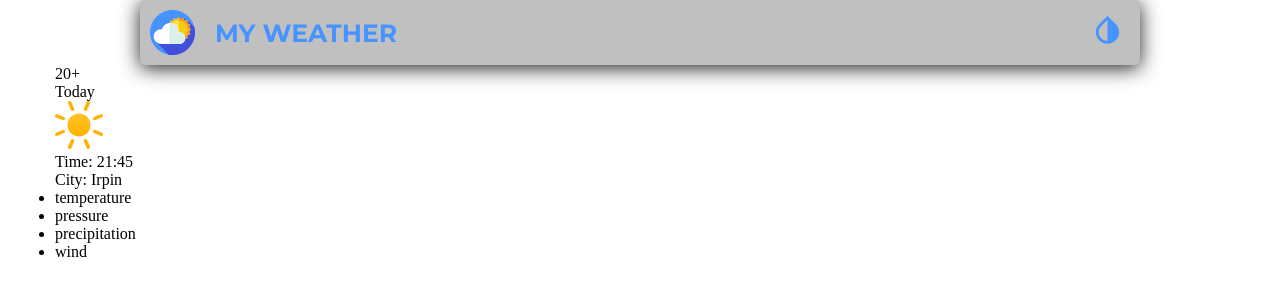
Repository: YuraKrvz/my_weather2
Page: /
The author's editor kept a copy of each file at every save. The page is drawn from the files as they stood at one save, then again after the next save.
The browser window is 1280 px wide. The pictures show the whole page.
The project was rebuilt for these pictures with package versions that can differ from the ones it lists, and the page was loaded fresh each time. Also part of the build but not shown: src/components/MyWeather/MyWeather.module.css.

Above is the page before, as saved 2022-01-25 17:34:31.

### src/index.css
@import url('https://fonts.googleapis.com/css2?family=Montserrat:wght@300;400;500;600;700&display=swap');
*,
*:after,
*:before{
  box-sizing: border-box;
  margin: 0;
  padding: 0;
}
body{
  background-color: var(--body-background);
}
:root{
  --color-default-blue: #4793FF;
}
.container{
  max-width: 1200px;
  margin: 0 auto;
  padding: 0 15px;
}
html[data-theme='true']{
  --body-background: #fff;
  --components-background: silver;
  --card-background: rgba(71, 147, 255, 0.2);
  --card-shadow: 0px 3px 20px rgba(5, 5, 5, 0.9);

  --text-color: #000;
}
html[data-theme='false']{
  --body-background: #0d1117;
  --components-background: #4f4f4f;
  --card-background: #2e3035;
  --card-shadow: 0px 3px 20px rgba(147, 144, 144, 0.9);
  --text-color: #fff;
}

### src/App.js
import Header from './components/Header/Header';
import MyWeather from './components/MyWeather/MyWeather';

export default function App() {

  return (
    <div className='container'>
     <Header />
     <MyWeather />

    </div>
  );
};

### src/components/header/Header.jsx
import React from 'react';
import useTheme from '../../hooks/useTheme';
import s from './Header.module.css';
import {GeneratorSvgIcon} from '../../assets/GeneratorSvgIcon.js';

export default function Header() {
  const {theme, setTheme} = useTheme();

  return (
   <header className={s.wrap__header}>
      <div className={s.inner}>
         <GeneratorSvgIcon className={s.logo__img} id='header-logo' />
         <h1 className={s.header__logo_text}>My weather</h1>
      </div>
      <span onClick={()=> setTheme(!theme)} >
         <GeneratorSvgIcon className={s.logo__img} id='change-theme'/>
      </span>
   </header>
  );
}

### src/components/MyWeather/MyWeather.jsx
import React from 'react';
import { GeneratorSvgIcon } from '../../assets/GeneratorSvgIcon';
import s from './MyWeather.module.css';

export default function MyWeather() {
  return (
   <section className={s.wrapper}>
      <div className={s.main}>
         <span>
            <span>
               <p className={s.temp__main}>20+</p>
               <p className={s.day}>Today</p>
            </span>
            <GeneratorSvgIcon id='sun' />
         </span>
         <p className={s.time}>Time: 21:45</p>
         <p className={s.city}>City: Irpin</p>
      </div>
      <div className={s.description}>
         <ul className={s.list}>
            <li className={s.temp__description}>temperature</li>
            <li className={s.pressure}>pressure</li>
            <li className={s.precipitation}>precipitation</li>
            <li className={s.wind}>wind</li>
         </ul>
      </div>
   </section>
  );
}

### src/hooks/useTheme.js
import {useState, useLayoutEffect} from 'react';

export default function useTheme() {
   const [theme, setTheme] = useState(true);

   useLayoutEffect( ()=>{
      document.documentElement.setAttribute('data-theme', theme);
   }, [theme] )

   return {theme, setTheme};
}

### src/components/header/Header.module.css
.wrap__header{
   display: flex;
   justify-content: space-between;
   align-items: center;
   background-color: var(--components-background);
   box-shadow: var(--card-shadow);
   border-radius: 5px;
   padding: 10px;
   margin: 0 auto;
   width: 1000px;
   height: 65px;
   left: 360px;
   top: 20px;
}
.inner{
   display: flex;
   align-items: center;
}
.logo__img{
   width: 45px;
}
.header__logo_text{
   margin-left: 20px;
   width: 230px;
   height: 30px;
   font-style: normal;
   font-weight: bold;
   font-size: 25px;
   line-height: 30px;
   text-transform: uppercase;
   font-family: Montserrat;
   color: var(--color-default-blue);
}
.button__theme{

}

### src/assets/GeneratorSvgIcon.js

export const GeneratorSvgIcon = ({ id, className }) => {
  switch (id) {
    case 'header-logo':
      return (
        <svg
          className={className}
          width="65"
          height="65"
          viewBox="0 0 65 65"
          fill="none"
          xmlns="http://www.w3.org/2000/svg"
        >
          <path
            d="M32.5 65C50.4493 65 65 50.4493 65 32.5C65 14.5507 50.4493 0 32.5 0C14.5507 0 0 14.5507 0 32.5C0 50.4493 14.5507 65 32.5 65Z"
            fill="#4793FF"
          />
          <path
            d="M65 32.5C65 29.8954 64.6916 27.3631 64.113 24.9358L54.3423 15.1651L53.0241 15.7211L48.3234 11.1622C48.3234 11.1622 46.5495 14.0707 44.5393 12.8754L41.3829 9.79712L41.1963 14.2822L8.78807 46.265L27.0688 64.5458C28.8351 64.843 30.6491 65 32.5 65C50.4493 65 65 50.4493 65 32.5Z"
            fill="#424FDD"
          />
          <path
            d="M58.3388 29.0023L59.7103 28.1252L58.2387 27.1841C56.6467 26.1659 56.217 24.03 57.2915 22.4755L58.2847 21.0387L56.6808 20.7601C54.8077 20.4347 53.5845 18.6126 53.9927 16.7559L54.3422 15.1659L52.6363 15.541C50.7905 15.9467 48.9765 14.7403 48.637 12.8812L48.3233 11.163L46.9922 12.1001C45.4377 13.1946 43.2843 12.7711 42.26 11.1694L41.3829 9.79797L40.4418 11.2695C39.4237 12.8615 37.2878 13.2912 35.7333 12.2167L34.2964 11.2235L34.0179 12.8275C33.6925 14.7005 31.8705 15.9237 30.0136 15.5156L28.4237 15.1661L28.7987 16.8719C29.2044 18.7177 27.998 20.5317 26.1389 20.8712L24.4207 21.1849L25.3579 22.516C26.4523 24.0705 26.0288 26.2239 24.4272 27.2482L23.0557 28.1253L24.5271 29.0664C26.1192 30.0846 26.5488 32.2204 25.4743 33.775L24.4811 35.2118L26.0851 35.4904C27.9581 35.8157 29.1813 37.6379 28.7732 39.4946L28.4237 41.0845L30.1295 40.7095C31.9753 40.3038 33.7893 41.5102 34.1288 43.3693L34.4425 45.0876L35.7736 44.1505C37.3282 43.056 39.4815 43.4795 40.5058 45.0812L41.3829 46.4526L42.324 44.9811C43.3422 43.3891 45.478 42.9594 47.0326 44.0339L48.4694 45.0271L48.748 43.4231C49.0734 41.5501 50.8955 40.3269 52.7522 40.735L54.3422 41.0845L53.9671 39.3787C53.5614 37.5329 54.7678 35.7189 56.6269 35.3794L58.3453 35.0657L57.4081 33.7346C56.3136 32.1801 56.7371 30.0265 58.3388 29.0023V29.0023Z"
            fill="#FDBF2D"
          />
          <path
            d="M57.4082 33.734L58.3451 35.0645L56.6275 35.3781C54.7676 35.7183 53.5615 37.5324 53.9678 39.3783L54.3423 41.0833L52.7529 40.7342C50.8955 40.3254 49.0738 41.5492 48.7475 43.4218L48.4695 45.0265L47.0323 44.0324C45.4784 42.9584 43.3418 43.3875 42.3237 44.9795L41.3829 46.4522V9.797L42.2602 11.1681C43.2847 12.7702 45.4378 13.1943 46.9917 12.0987L48.3235 11.1617L48.637 12.8807C48.976 14.7393 50.7902 15.9453 52.6361 15.5404L54.3423 15.1646L53.9932 16.7553C53.5844 18.6114 54.8082 20.4344 56.6808 20.7594L58.2842 21.0374L57.2914 22.4745C56.2174 24.0297 56.6465 26.1651 58.2385 27.1832L59.7099 28.1239L58.3388 29.0012C56.7366 30.0257 56.3139 32.1788 57.4082 33.734Z"
            fill="#FD9827"
          />
          <path
            d="M41.383 40.9705C48.4777 40.9705 54.2291 35.2191 54.2291 28.1243C54.2291 21.0296 48.4777 15.2782 41.383 15.2782C34.2883 15.2782 28.5368 21.0296 28.5368 28.1243C28.5368 35.2191 34.2883 40.9705 41.383 40.9705Z"
            fill="#FFE05F"
          />
          <path
            d="M54.2293 28.1239C54.2293 35.2193 48.4771 40.9703 41.3829 40.9703V15.2788C48.4771 15.2788 54.2293 21.0298 54.2293 28.1239V28.1239Z"
            fill="#F9CB0D"
          />
          <path
            d="M42.5274 32.242C42.1958 32.242 41.8694 32.2633 41.5478 32.3006C41.5794 31.9404 41.5966 31.5761 41.5966 31.2077C41.5966 24.3886 36.0687 18.8606 29.2495 18.8606C23.5703 18.8606 18.7873 22.6953 17.3468 27.9164C16.8894 27.8562 16.4229 27.8248 15.9491 27.8248C10.0886 27.8248 5.33776 32.5756 5.33776 38.4361C5.33776 44.2967 10.0886 49.0475 15.9491 49.0475H42.5274C47.1682 49.0475 50.9302 45.2854 50.9302 40.6447C50.9302 36.004 47.1682 32.242 42.5274 32.242V32.242Z"
            fill="white"
          />
          <path
            d="M50.9302 40.6436C50.9302 45.2846 47.1683 49.0467 42.5272 49.0467H28.134V18.9098C28.5015 18.876 28.8735 18.8596 29.2498 18.8596C36.0691 18.8596 41.5969 24.3874 41.5969 31.2067C41.5969 31.5754 41.5795 31.9396 41.5477 32.2996C41.8696 32.2626 42.1956 32.2407 42.5272 32.2407C47.1683 32.2407 50.9302 36.0036 50.9302 40.6436V40.6436Z"
            fill="#DAEFEC"
          />
        </svg>
      );
    case 'change-theme':
      return (
        <svg
          className={className}
          width="35"
          height="35"
          viewBox="0 0 35 35"
          fill="none"
          xmlns="http://www.w3.org/2000/svg"
        >
          <path
            d="M17.5 7.01454V27.7083C12.673 27.7083 8.75004 23.8729 8.75004 19.1479C8.75004 16.8729 9.65421 14.7291 11.3021 13.1104L17.5 7.01454ZM17.5 2.91663L9.26046 11.025C7.14587 13.1104 5.83337 15.9833 5.83337 19.1479C5.83337 25.4916 11.0542 30.625 17.5 30.625C23.9459 30.625 29.1667 25.4916 29.1667 19.1479C29.1667 15.9833 27.8542 13.1104 25.7396 11.025L17.5 2.91663Z"
            fill="#4793FF"
          />
        </svg>
      );
    case 'rain':
      return (
        <svg
          className={className}
          width="48"
          height="48"
          viewBox="0 0 48 48"
          fill="none"
          xmlns="http://www.w3.org/2000/svg"
        >
          <path
            d="M14.218 32.926L12.118 37.924C11.798 38.688 12.156 39.568 12.92 39.888C13.684 40.208 14.564 39.85 14.884 39.086L16.984 34.088C17.304 33.324 16.946 32.444 16.182 32.124C15.418 31.804 14.538 32.162 14.218 32.926ZM30.218 32.926L28.118 37.924C27.798 38.688 28.156 39.568 28.92 39.888C29.684 40.208 30.564 39.85 30.884 39.086L32.984 34.088C33.304 33.324 32.946 32.444 32.182 32.124C31.418 31.804 30.538 32.162 30.218 32.926ZM22.218 30.926L20.118 35.924C19.798 36.688 20.156 37.568 20.92 37.888C21.684 38.208 22.564 37.85 22.884 37.086L24.984 32.088C25.304 31.324 24.946 30.444 24.182 30.124C23.418 29.804 22.538 30.162 22.218 30.926Z"
            fill="#66AFEB"
          />
          <path
            d="M14 28C9.582 28 6 24.418 6 20C6 15.582 9.582 12 14 12C14.834 12 15.636 12.128 16.392 12.364C17.518 8.68 20.946 6 25 6C29.97 6 34 10.03 34 15C34 15.47 33.964 15.93 33.894 16.38C34.55 16.134 35.258 16 36 16C39.314 16 42 18.686 42 22C42 25.314 39.314 28 36 28H14Z"
            fill="url(#paint7_linear)"
          />
          <path
            d="M16 15C16 19.97 20.03 24 25 24C29.502 24 33.23 20.696 33.894 16.38C34.55 16.134 35.258 16 36 16C39.314 16 42 18.686 42 22C42 25.314 39.314 28 36 28H14C9.582 28 6 24.418 6 20C6 15.582 9.582 12 14 12C14.834 12 15.636 12.128 16.392 12.364C16.136 13.198 16 14.082 16 15Z"
            fill="url(#paint1_radial)"
          />
          <defs>
            <linearGradient
              id="paint7_linear"
              x1="24"
              y1="6"
              x2="24"
              y2="28"
              gradientUnits="userSpaceOnUse"
            >
              <stop stopColor="#9FC7FF" />
              <stop offset="1" stopColor="#9BC1F5" />
            </linearGradient>
            <radialGradient
              id="paint1_radial"
              cx="0"
              cy="0"
              r="1"
              gradientUnits="userSpaceOnUse"
              gradientTransform="translate(10.7539 -24.6966) rotate(-90) scale(20.9574 6.69705)"
            >
              <stop stopColor="#486DA8" stopOpacity="0.4" />
              <stop offset="1" stopColor="#486DA8" stopOpacity="0" />
            </radialGradient>
          </defs>
        </svg>
      );
    case 'small_rain':
      return (
        <svg
          className={className}
          width="48"
          height="48"
          viewBox="0 0 48 48"
          fill="none"
          xmlns="http://www.w3.org/2000/svg"
        >
          <path
            d="M16.218 32.926L14.118 37.924C13.798 38.688 14.156 39.568 14.92 39.888C15.684 40.208 16.564 39.85 16.884 39.086L18.984 34.088C19.304 33.324 18.946 32.444 18.182 32.124C17.418 31.804 16.538 32.162 16.218 32.926ZM26.218 30.926L24.118 35.924C23.798 36.688 24.156 37.568 24.92 37.888C25.684 38.208 26.564 37.85 26.884 37.086L28.984 32.088C29.304 31.324 28.946 30.444 28.182 30.124C27.418 29.804 26.538 30.162 26.218 30.926Z"
            fill="#66AFEB"
          />
          <path
            d="M14 28C9.582 28 6 24.418 6 20C6 15.582 9.582 12 14 12C14.834 12 15.636 12.128 16.392 12.364C17.518 8.68 20.946 6 25 6C29.97 6 34 10.03 34 15C34 15.47 33.964 15.93 33.894 16.38C34.55 16.134 35.258 16 36 16C39.314 16 42 18.686 42 22C42 25.314 39.314 28 36 28H14Z"
            fill="url(#paint6_linear)"
          />
          <path
            d="M16 15C16 19.97 20.03 24 25 24C29.502 24 33.23 20.696 33.894 16.38C34.55 16.134 35.258 16 36 16C39.314 16 42 18.686 42 22C42 25.314 39.314 28 36 28H14C9.582 28 6 24.418 6 20C6 15.582 9.582 12 14 12C14.834 12 15.636 12.128 16.392 12.364C16.136 13.198 16 14.082 16 15Z"
            fill="url(#paint1_radial)"
          />
          <defs>
            <linearGradient
              id="paint6_linear"
              x1="24"
              y1="6"
              x2="24"
              y2="28"
              gradientUnits="userSpaceOnUse"
            >
              <stop stopColor="#9FC7FF" />
              <stop offset="1" stopColor="#9BC1F5" />
            </linearGradient>
            <radialGradient
              id="paint1_radial"
              cx="0"
              cy="0"
              r="1"
              gradientUnits="userSpaceOnUse"
              gradientTransform="translate(10.7539 -24.6966) rotate(-90) scale(20.9574 6.69705)"
            >
              <stop stopColor="#486DA8" stopOpacity="0.4" />
              <stop offset="1" stopColor="#486DA8" stopOpacity="0" />
            </radialGradient>
          </defs>
        </svg>
      );
    case 'small_rain_sun':
      return (
        <svg
          className={className}
          width="48"
          height="48"
          viewBox="0 0 48 48"
          fill="none"
          xmlns="http://www.w3.org/2000/svg"
        >
          <path
            d="M32 24C36.4183 24 40 20.4183 40 16C40 11.5817 36.4183 8 32 8C27.5817 8 24 11.5817 24 16C24 20.4183 27.5817 24 32 24Z"
            fill="url(#paint5_linear)"
          />
          <path
            d="M30.96 1.45999L31.48 4.41399C31.828 6.38399 28.872 6.90399 28.526 4.93399L28.006 1.97999C27.658 0.00998566 30.614 -0.510014 30.96 1.45999ZM41.546 4.98199L39.826 7.43999C38.678 9.07799 36.222 7.35799 37.368 5.71999L39.088 3.26199C40.236 1.62399 42.692 3.34399 41.546 4.98199ZM20.984 6.45399L23.442 8.17399C25.08 9.32199 23.36 11.778 21.722 10.632L19.264 8.91199C17.626 7.76399 19.346 5.30799 20.984 6.45399ZM42.282 21.366L44.74 23.086C46.378 24.234 44.658 26.69 43.02 25.544L40.562 23.824C38.924 22.676 40.644 20.22 42.282 21.366ZM46.542 14.958L43.588 15.478C41.618 15.826 41.098 12.87 43.068 12.524L46.022 12.004C47.992 11.656 48.512 14.612 46.542 14.958Z"
            fill="#FFB300"
          />
          <path
            d="M14.218 38.926L12.118 43.924C11.798 44.688 12.156 45.568 12.92 45.888C13.684 46.208 14.564 45.85 14.884 45.086L16.984 40.088C17.304 39.324 16.946 38.444 16.182 38.124C15.418 37.804 14.538 38.162 14.218 38.926ZM24.218 36.926L22.118 41.924C21.798 42.688 22.156 43.568 22.92 43.888C23.684 44.208 24.564 43.85 24.884 43.086L26.984 38.088C27.304 37.324 26.946 36.444 26.182 36.124C25.418 35.804 24.538 36.162 24.218 36.926Z"
            fill="#66AFEB"
          />
          <path
            d="M12 34C7.582 34 4 30.418 4 26C4 21.582 7.582 18 12 18C12.834 18 13.636 18.128 14.392 18.364C15.518 14.68 18.946 12 23 12C27.97 12 32 16.03 32 21C32 21.47 31.964 21.93 31.894 22.38C32.55 22.134 33.258 22 34 22C37.314 22 40 24.686 40 28C40 31.314 37.314 34 34 34H12Z"
            fill="url(#paint1_linear)"
          />
          <path
            d="M14 21C14 25.97 18.03 30 23 30C27.502 30 31.23 26.696 31.894 22.38C32.55 22.134 33.258 22 34 22C37.314 22 40 24.686 40 28C40 31.314 37.314 34 34 34H12C7.582 34 4 30.418 4 26C4 21.582 7.582 18 12 18C12.834 18 13.636 18.128 14.392 18.364C14.136 19.198 14 20.082 14 21Z"
            fill="url(#paint2_radial)"
          />
          <defs>
            <linearGradient
              id="paint0_linear"
              x1="40"
              y1="8"
              x2="28.7832"
              y2="19.0723"
              gradientUnits="userSpaceOnUse"
            >
              <stop stopColor="#FFB301" />
              <stop offset="1" stopColor="#FFC533" />
            </linearGradient>
            <linearGradient
              id="paint1_linear"
              x1="22"
              y1="12"
              x2="22"
              y2="34"
              gradientUnits="userSpaceOnUse"
            >
              <stop stopColor="#9FC7FF" />
              <stop offset="1" stopColor="#9BC1F5" />
            </linearGradient>
            <radialGradient
              id="paint2_radial"
              cx="0"
              cy="0"
              r="1"
              gradientUnits="userSpaceOnUse"
              gradientTransform="translate(15.0679 -22.6966) rotate(-90) scale(20.9574 6.69705)"
            >
              <stop stopColor="#486DA8" stopOpacity="0.4" />
              <stop offset="1" stopColor="#486DA8" stopOpacity="0" />
            </radialGradient>
          </defs>
        </svg>
      );
    case 'sun':
      return (
        <svg
          className={className}
          width="48"
          height="48"
          viewBox="0 0 48 48"
          fill="none"
          xmlns="http://www.w3.org/2000/svg"
        >
          <path
            d="M24.0092 35.5016C30.3585 35.5016 35.5056 30.3547 35.5056 24.0058C35.5056 17.6568 30.3585 12.5099 24.0092 12.5099C17.6599 12.5099 12.5128 17.6568 12.5128 24.0058C12.5128 30.3547 17.6599 35.5016 24.0092 35.5016Z"
            fill="url(#paint5_linear)"
          />
          <path
            d="M34.8135 2.40051L32.1118 8.92324C31.2312 11.0477 28.0444 9.72795 28.925 7.60352L31.6267 1.08079C32.5073 -1.04363 35.6941 0.276087 34.8135 2.40051ZM19.0727 40.3988L16.371 46.9215C15.4904 49.0459 12.3036 47.7262 13.1842 45.6018L15.8859 39.0791C16.7665 36.9546 19.9533 38.2743 19.0727 40.3988ZM46.9215 16.3748L40.3984 19.0763C38.2739 19.9569 36.9541 16.7703 39.0786 15.8897L45.6017 13.1882C47.7262 12.3076 49.046 15.4942 46.9215 16.3748ZM8.92137 32.1149L2.39833 34.8164C0.273802 35.697 -1.04598 32.5104 1.07855 31.6298L7.60158 28.9283C9.72611 28.0477 11.0459 31.2343 8.92137 32.1149ZM45.6017 34.8187L39.0786 32.1172C36.9541 31.2366 38.2739 28.05 40.3984 28.9306L46.9215 31.6321C49.046 32.5127 47.7262 35.6993 45.6017 34.8187ZM7.60158 19.0786L1.07855 16.3771C-1.04598 15.4965 0.273802 12.3099 2.39833 13.1905L8.92137 15.892C11.0459 16.7726 9.72611 19.9592 7.60158 19.0786ZM16.3687 1.0785L19.0704 7.60122C19.951 9.72565 16.7642 11.0454 15.8836 8.92094L13.1819 2.39821C12.3013 0.273788 15.4881 -1.04593 16.3687 1.0785ZM32.1095 39.0768L34.8112 45.5995C35.6918 47.7239 32.505 49.0436 31.6244 46.9192L28.9227 40.3965C28.0421 38.2721 31.2289 36.9523 32.1095 39.0768Z"
            fill="#FFB300"
          />
          <defs>
            <linearGradient
              id="paint5_linear"
              x1="24.0092"
              y1="12.5099"
              x2="24.0092"
              y2="35.1951"
              gradientUnits="userSpaceOnUse"
            >
              <stop stopColor="#FFC227" />
              <stop offset="1" stopColor="#FFB300" />
            </linearGradient>
          </defs>
        </svg>
      );
    case 'mainly_cloudy':
      return (
        <svg
          className={className}
          width="48"
          height="48"
          viewBox="0 0 48 48"
          fill="none"
          xmlns="http://www.w3.org/2000/svg"
        >
          <path
            opacity="0.32"
            d="M38 28C41.314 28 44 25.314 44 22C44 18.686 41.314 16 38 16H37.938C37.978 15.672 38 15.338 38 15C38 10.582 34.418 7 30 7C26.5 7 23.524 9.248 22.44 12.378C21.67 12.132 20.852 12 20 12C15.582 12 12 15.582 12 20C12 24.418 15.582 28 20 28C20.69 28 21.36 27.912 22 27.748V28H38Z"
            fill="#73A5E6"
          />
          <path
            d="M12 38C7.582 38 4 34.418 4 30C4 25.582 7.582 22 12 22C12.834 22 13.636 22.128 14.392 22.364C15.518 18.68 18.946 16 23 16C27.97 16 32 20.03 32 25C32 25.47 31.964 25.93 31.894 26.38C32.55 26.134 33.258 26 34 26C37.314 26 40 28.686 40 32C40 35.314 37.314 38 34 38H12Z"
            fill="url(#paint0_linear)"
          />
          <path
            d="M14 25C14 29.97 18.03 34 23 34C27.502 34 31.23 30.696 31.894 26.38C32.55 26.134 33.258 26 34 26C37.314 26 40 28.686 40 32C40 35.314 37.314 38 34 38H12C7.582 38 4 34.418 4 30C4 25.582 7.582 22 12 22C12.834 22 13.636 22.128 14.392 22.364C14.136 23.198 14 24.082 14 25Z"
            fill="url(#paint1_radial)"
          />
          <defs>
            <linearGradient
              id="paint0_linear"
              x1="22"
              y1="16"
              x2="22"
              y2="38"
              gradientUnits="userSpaceOnUse"
            >
              <stop stopColor="#9FC7FF" />
              <stop offset="1" stopColor="#9BC1F5" />
            </linearGradient>
            <radialGradient
              id="paint1_radial"
              cx="0"
              cy="0"
              r="1"
              gradientUnits="userSpaceOnUse"
              gradientTransform="translate(17.9439 -22.6966) rotate(-90) scale(20.9574 6.69705)"
            >
              <stop stopColor="#486DA8" stopOpacity="0.4" />
              <stop offset="1" stopColor="#486DA8" stopOpacity="0" />
            </radialGradient>
          </defs>
        </svg>
      );
    case 'close':
      return (
        <svg
          className={className}
          width="18"
          height="18"
          viewBox="0 0 18 18"
          fill="none"
          xmlns="http://www.w3.org/2000/svg"
        >
          <path
            d="M17.25 8.25C16.836 8.25 16.5 8.586 16.5 9C16.5 13.1355 13.1355 16.5 9 16.5C4.8645 16.5 1.5 13.1355 1.5 9C1.5 4.8645 4.8645 1.5 9 1.5C11.0134 1.5 12.9034 2.28675 14.322 3.7155C14.6138 4.00912 15.0889 4.011 15.3825 3.71925C15.6765 3.4275 15.678 2.95238 15.3862 2.65838C13.6841 0.94425 11.4157 0 9 0C4.03725 0 0 4.03725 0 9C0 13.9628 4.03725 18 9 18C13.9624 18 18 13.9628 18 9C18 8.586 17.664 8.25 17.25 8.25Z"
            fill="#4793FF"
          />
          <path
            d="M10.0605 9L11.7803 7.28025C12.0731 6.98737 12.0731 6.51262 11.7803 6.21975C11.4874 5.92687 11.0126 5.92687 10.7198 6.21975L9.00003 7.9395L7.28028 6.21975C6.98778 5.92687 6.51228 5.92687 6.21978 6.21975C5.9269 6.51262 5.9269 6.98737 6.21978 7.28025L7.93953 9L6.21978 10.7197C5.9269 11.0126 5.9269 11.4874 6.21978 11.7802C6.36603 11.9269 6.55803 12 6.75003 12C6.94203 12 7.13403 11.9269 7.28028 11.7802L9.00003 10.0605L10.7198 11.7802C10.8664 11.9269 11.058 12 11.25 12C11.442 12 11.6336 11.9269 11.7803 11.7802C12.0731 11.4874 12.0731 11.0126 11.7803 10.7197L10.0605 9Z"
            fill="#4793FF"
          />
        </svg>
      );

    default:
      return null;
  }
};

Loaded but not shown: public/index.html (common file); src/index.js (common file)

After the next save:
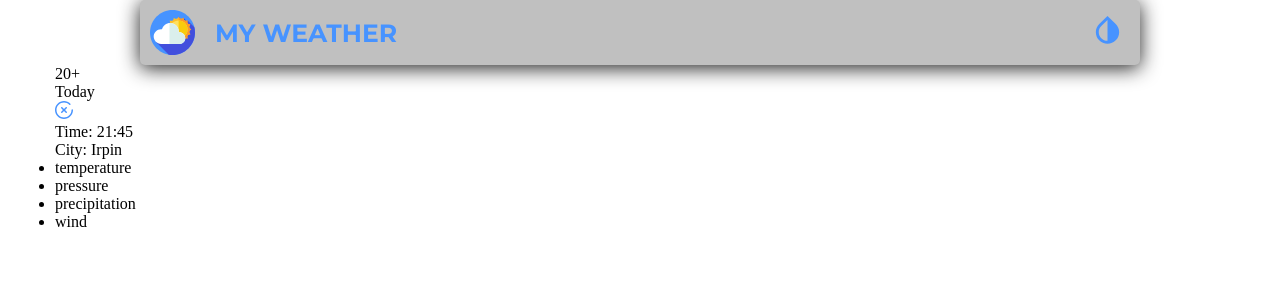
Saved 65 s later.
--- a/src/components/MyWeather/MyWeather.jsx
+++ b/src/components/MyWeather/MyWeather.jsx
@@ -11,7 +11,7 @@
                <p className={s.temp__main}>20+</p>
                <p className={s.day}>Today</p>
             </span>
-            <GeneratorSvgIcon id='sun' />
+            <GeneratorSvgIcon id='close' />
          </span>
          <p className={s.time}>Time: 21:45</p>
          <p className={s.city}>City: Irpin</p>

After the save that followed:
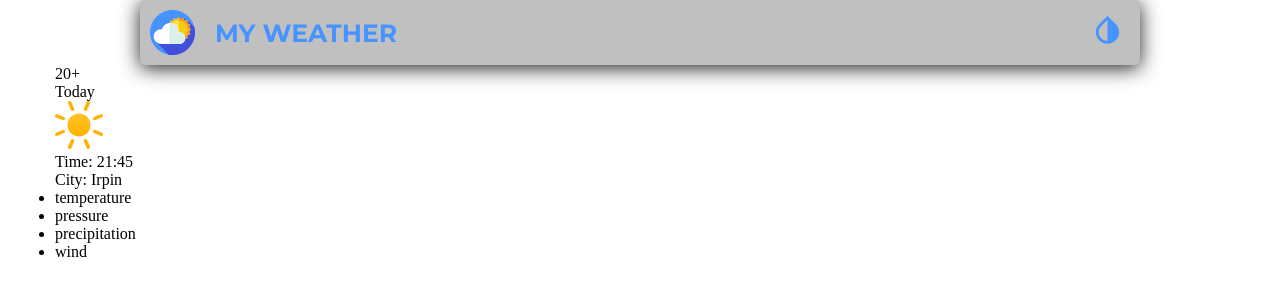
Saved 7 s later.
--- a/src/components/MyWeather/MyWeather.jsx
+++ b/src/components/MyWeather/MyWeather.jsx
@@ -11,7 +11,7 @@
                <p className={s.temp__main}>20+</p>
                <p className={s.day}>Today</p>
             </span>
-            <GeneratorSvgIcon id='close' />
+            <GeneratorSvgIcon id='sun' />
          </span>
          <p className={s.time}>Time: 21:45</p>
          <p className={s.city}>City: Irpin</p>
